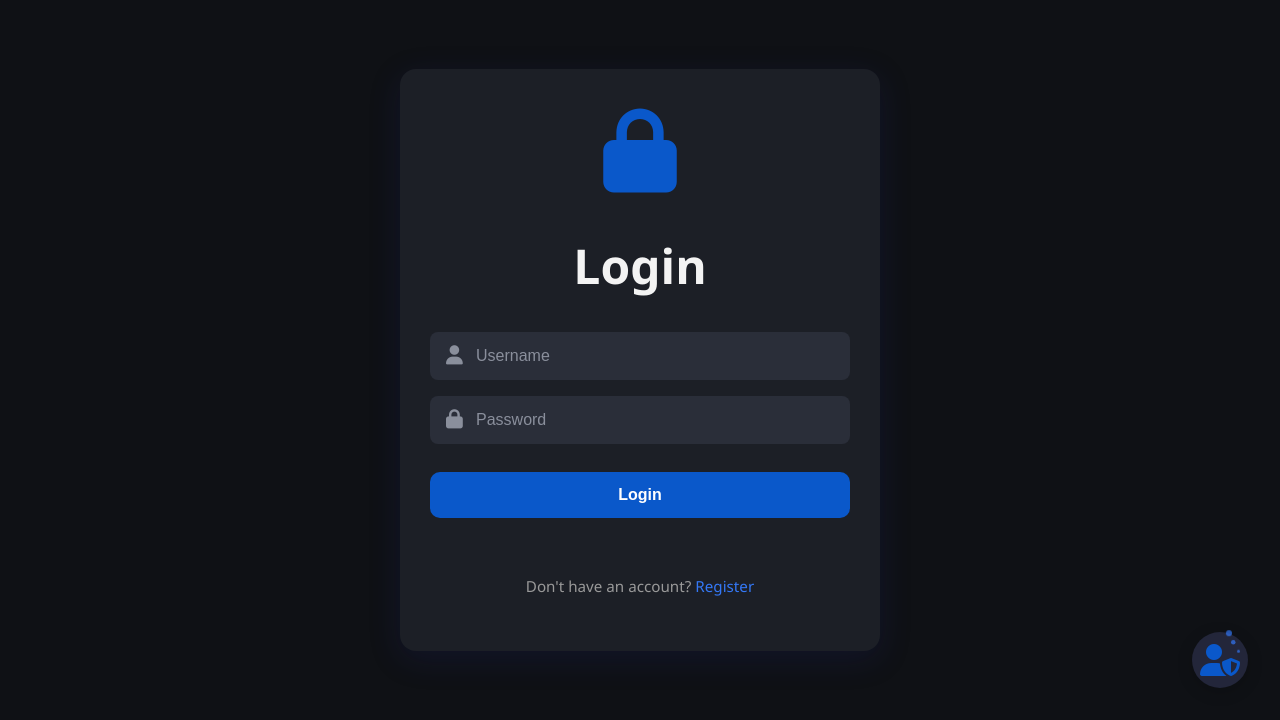
Repository: lowluds/auth-flask
Page: http://localhost/login
The author's editor kept a copy of each file at every save. The page is drawn from the files as they stood at one save, then again after the next save.
The browser window is 1280 px wide. The pictures show the whole page.
The page is served by the project's application, run on Flask 3 (login.py).

Above is the page before, as saved 2025-07-11 00:17:53.

### templates/login.html
<!DOCTYPE html>
<html lang="en">
<head>
    <meta charset="UTF-8">
    <meta name="viewport" content="width=device-width, initial-scale=1.0">
    <title>Login</title>
    <link rel="stylesheet" href="{{ url_for('static', filename='register.css') }}">
    <link rel="stylesheet" href="{{ url_for('static', filename='error.css') }}">
    <link rel="stylesheet" href="https://cdnjs.cloudflare.com/ajax/libs/font-awesome/6.5.0/css/all.min.css">
</head>

<body>
    <div class="login-container">
        <i class="fas fa-lock login-icon"></i>
        <h2>Login</h2>
        <form method="post" action="/login">

          <div class="input-group">
              <i class="fas fa-user"></i>
              <input type="text" name="username" placeholder="Username" required>
          </div>

          <div class="input-group">
              <i class="fas fa-lock"></i>
              <input type="password" name="password" placeholder="Password" required>
          </div>

            {% with messages = get_flashed_messages(with_categories=true) %}
              {% if messages %}
                {% for category, message in messages %}
                  {% if category == 'error' %}
                  <div class="input-error">{{ message }}</div>
                  {% endif %}
                {% endfor %}
              {% endif %}
            {% endwith %}

            <button type="submit">Login</button>
            <br>
            {% if show_forgot %}
            <a href="{{ url_for('forgot_password') }}" class="forgot-link">Forgot password?</a>
            {% endif %}

        </form>
        <p>Don't have an account? <a href="/register">Register</a></p>
    </div>

      <!-- Admin Info Sticky Button -->
      <div class="admin-info-fab" id="adminInfoFab" title="Admin login">
          <i class="fas fa-user-shield"></i>
          <span class="bubble bubble1"></span>
          <span class="bubble bubble2"></span>
          <span class="bubble bubble3"></span>
      </div>
      <div class="admin-info-tooltip" id="adminInfoTooltip">
          <strong>Test Admin Login</strong>
          <ul>
              <li>Username: <code>admin</code></li>
              <li>Password: <code>123</code></li>
          </ul>
      </div>

<script>
document.getElementById('adminInfoFab').onclick = function() {
    document.getElementById('adminInfoTooltip').classList.toggle('active');
};
document.addEventListener('click', function(e) {
    const fab = document.getElementById('adminInfoFab');
    const tooltip = document.getElementById('adminInfoTooltip');
    if (!fab.contains(e.target) && !tooltip.contains(e.target)) {
        tooltip.classList.remove('active');
    }
});
</script>

</body>
</html>

### login.py
from flask import Flask, render_template, request, redirect, url_for, session, flash
from werkzeug.security import check_password_hash
from werkzeug.security import generate_password_hash
import json

app = Flask (__name__)
app.secret_key = '123abc456'  # Change this to a secure random value

@app.route('/')
def home():
    return redirect(url_for('login'))

# Login
@app.route('/login', methods=['GET', 'POST'])
def login():
    if request.method == 'POST':
        # Get form input
        username = request.form['username']
        password = request.form['password']

        # Load users from JSON
        with open('users/userDB.json', 'r') as file:
            data = json.load(file)

        # Look for user
        for user in data['users']:
            if user['username'] == username:
                # Check hashed password
                if check_password_hash(user['password'], password):
                    session['username'] = username
                    session['group'] = user['group']
                    session.pop('show_forgot', None)

                    # Redirect based on group
                    if user['group'] == 'admin':
                        return redirect(url_for('admin'))
                    else:
                        return redirect(url_for('dashboard'))

                flash("Incorrect password", "error")
                session['show_forgot'] = True
                return redirect(url_for('login'))

        flash("Username or password not found", "error")
        session.pop('show_forgot', None)
        return redirect(url_for('login'))

    show_forgot = session.pop('show_forgot', False)
    return render_template('login.html', show_forgot=show_forgot)

# Register
@app.route('/register', methods=['GET', "POST"])
def register():
    if request.method == 'POST':
        username = request.form['username']
        password = request.form['password']
        group = "user"

        # Load existing users
        with open('users/userDB.json', 'r') as file:
            data = json.load(file)

        # Check for duplicate username
        for user in data['users']:
            if user['username'] == username:
                flash("Username already exists. Please choose another.", "error")
                return redirect(url_for('register'))

        # Hash the password
        hashed_password = generate_password_hash(password)

        # Add new user to userDB.json
        data['users'].append({
            'username': username,
            'password': hashed_password,
            'group'   : group
        })

        # Save the updated user to userDB.json
        with open('users/userDB.json', "w") as file:
            json.dump(data, file, indent=4)

        flash("You are registered! Please log in.", "success")
        return redirect(url_for('login'))

    # Only runs for GET requests
    return render_template('register.html')

# Forgot Password
@app.route('/forgot')
def forgot_password():
    return render_template('forgot.html')

# Dashboard
@app.route('/dashboard')
def dashboard():
    # Check if user is logged in
    if 'username' in session:
        return render_template('dashboard.html')
    else:
        return redirect(url_for('login'))
# Admin dashboard
@app.route('/admin')
def admin():
    if 'username' in session:
        if session.get('group') == 'admin':
            return render_template('admin.html')
        else:
            return "You are logged in, but not authorized to view this page"
    else:
        return redirect(url_for('login'))

# Logout
@app.route('/logout')
def logout():
    session.pop('username', None)
    return redirect(url_for('login'))

if __name__ == '__main__':
    app.run(debug=True)

### static/register.css
/* Global dark theme */
body {
    background: #0f1115;
    font-family: 'Segoe UI', Tahoma, Geneva, Verdana, sans-serif;
    margin: 0;
    padding: 0;
    color: #f3f3f3;
    min-height: 100vh;
    display: flex;
    justify-content: center;
    align-items: center;
}

/* Shared container styles */
.login-container,
.register-container,
.dashboard-container,
.admin-dashboard-container {
    background: #1c1f26;
    max-width: 420px;
    width: 100%;
    padding: 40px 30px;
    margin: 60px auto;
    border-radius: 16px;
    box-shadow: 0 8px 32px rgba(31, 38, 135, 0.18);
    display: flex;
    flex-direction: column;
    align-items: center;
}

.input-group {
    position: relative;
    width: 100%;
    margin-bottom: 16px;
}

.input-group i {
    position: absolute;
    top: 50%;
    left: 16px;
    transform: translateY(-50%);
    color: #8a8f9c;
    font-size: 1.2rem;
    pointer-events: none;
}

.input-group input {
    padding: 14px 16px 14px 46px;
    height: 48px;
    border: none;
    border-radius: 8px;
    background-color: #2a2e39;
    color: #f3f3f3;
    font-size: 1rem;
    width: 100%;
    box-sizing: border-box;
    margin-bottom: 0;
}

.input-group input:focus {
    box-shadow: 0 0 0 2px rgba(52, 120, 246, 0.4);
}

/* Headings */
.login-container h2,
.register-container h2,
.dashboard-container h2,
.admin-dashboard-container h2 {
    color: #f3f3f3;
    margin-bottom: 34px;
    font-weight: 600;
    font-size: 3rem;
    text-align: center;
}

/* Forms */
form {
    width: 100%;
    display: flex;
    flex-direction: column;
    margin-bottom: 20px;
}

/* Labels */
label {
    margin-bottom: 6px;
    color: #ccc;
    font-size: 0.95rem;
}

/* Inputs */
input,
select {
    padding: 14px;
    margin-bottom: 16px;
    border: none;
    border-radius: 10px;
    background-color: #2a2e39;
    color: #f3f3f3;
    font-size: 1rem;
    transition: all 0.2s ease-in-out;
}

input::placeholder {
    color: #8a8f9c;
}

input:focus,
select:focus {
    outline: none;
    background-color: #2f3541;
    border: 1.5px solid #3478f6;
}

/* Buttons */
button {
    background-color: #0a58ca;
    color: #fff;
    border: none;
    border-radius: 10px;
    padding: 14px;
    font-size: 1rem;
    font-weight: 600;
    cursor: pointer;
    transition: background-color 0.3s ease;
    margin-top: 12px;
}

button:hover {
    background-color: #0846a1;
}

/* Links */
a {
    color: #3478f6;
    text-decoration: none;
    font-weight: 500;
    font-size: 0.95rem;
}

a:hover {
    color: #5a9afc;
    text-decoration: underline;
}

.login-container .login-icon {
    font-size: 84px;
    color: #0a58ca;
    margin-bottom: 0px;
}

.register-container .register-icon {
    font-size: 84px;
    color: #0a58ca;
    margin-bottom: 0px;
}

.dashboard-container .dashboard-icon {
    font-size: 84px;
    color: #0a58ca;
    margin-bottom: 0px;
}

.dashboard-container .admin-icon {
    font-size: 84px;
    color: #0a58ca;
    margin-bottom: 0px;
}

.login-container .forgot-container {
    padding-top: 100px; /* or any value you want */
}

/* Paragraphs */
p {
    margin-top: 16px;
    color: #999;
    font-size: 0.95rem;
}

/* Forgot Password */
.forgot-link {
    text-align: center;
    margin-bottom: 10px;
}

/* Flash error styling */
.input-error {
    color: #ff4d4d;
    font-weight: bold;
    margin-bottom: 12px;
    text-align: center;
}

/* Responsive */
@media (max-width: 600px) {
    .login-container,
    .register-container,
    .dashboard-container,
    .admin-dashboard-container {
        width: 90%;
        padding: 24px;
    }
}

.admin-info-fab {
    position: fixed;
    bottom: 32px;
    right: 32px;
    width: 56px;
    height: 56px;
    background: #23263a;
    color: #0a58ca;
    border-radius: 50%;
    box-shadow: 0 4px 16px rgba(0,0,0,0.18);
    display: flex;
    align-items: center;
    justify-content: center;
    font-size: 2rem;
    cursor: pointer;
    z-index: 10001;
    transition: background 0.2s, color 0.2s;
}
.admin-info-fab:hover {
    background: #0a58ca;
    color: #fff;
}

.admin-info-tooltip {
    position: fixed;
    bottom: 100px;
    right: 32px;
    background: #23263a;
    color: #fff;
    padding: 18px 22px;
    border-radius: 12px;
    box-shadow: 0 4px 24px rgba(0,0,0,0.22);
    z-index: 10000;
    font-size: 1rem;
    opacity: 0;
    pointer-events: none;
    transform: translateY(20px);
    transition: opacity 0.2s, transform 0.2s;
}
.admin-info-tooltip.active {
    opacity: 0.97;
    pointer-events: auto;
    transform: translateY(0);
}
.admin-info-tooltip code {
    background: transparent;
    color: #5ad;
    padding: 2px 6px;
    border-radius: 4px;
    font-size: 0.98em;
}
.admin-info-tooltip ul {
    margin: 8px 0 0 0;
    padding-left: 18px;
}

.admin-info-fab {
    position: fixed;
    bottom: 32px;
    right: 32px;
    width: 56px;
    height: 56px;
    background: #23263a;
    color: #0a58ca;
    border-radius: 50%;
    box-shadow: 0 4px 16px rgba(0,0,0,0.18);
    display: flex;
    align-items: center;
    justify-content: center;
    font-size: 2rem;
    cursor: pointer;
    z-index: 10001;
    transition: background 0.2s, color 0.2s;
    overflow: visible; /* allow bubbles to show outside */
    position: fixed;
}

.bubble {
    position: absolute;
    background: #3478f6;
    opacity: 0.85;
    border-radius: 50%;
    pointer-events: none;
    animation: bubbleUp 1.8s infinite;
}

.bubble1 {
    width: 8px; height: 8px;
    left: 60%; top: 10px;
    transform: translateX(-50%);
    animation-delay: 0s;
}
.bubble2 {
    width: 6px; height: 6px;
    left: 70%; top: 20px;
    transform: translateX(-50%);
    animation-delay: 0.3s;
}
.bubble3 {
    width: 4px; height: 4px;
    left: 80%; top: 30px;
    transform: translateX(-50%);
    animation-delay: 0.6s;
}

@keyframes bubbleThink {
    0%   { opacity: 0; transform: translateX(-50%) scale(0.7) translateY(0);}
    20%  { opacity: 0.7; }
    50%  { opacity: 1; transform: translateX(-30%) scale(1.1) translateY(-10px);}
    80%  { opacity: 0.7; }
    100% { opacity: 0; transform: translateX(-10%) scale(0.7) translateY(-18px);}
}
.bubble {
    animation: bubbleThink 1.8s infinite;
}

### static/error.css
/* Modern error style for login and form input errors */
.input-error {
    background: none;
    color: #ff0000;
    padding: 0;
    border-radius: 0;
    margin: 14px 0 18px 0;
    font-weight: 600;
    text-align: center;
    box-shadow: none;
    letter-spacing: 0.7px;
    font-size: 1.08rem;
    border: none;
    text-shadow: none;
    max-width: 400px;
    width: 90%;
    margin-left: auto;
    margin-right: auto;
}
@keyframes fadeOut {
  0% { opacity: 0.98; transform: translateY(0); }
  80% { opacity: 0.98; }
  100% { opacity: 0; transform: translateY(-20px); pointer-events: none; }
}

After the next save:
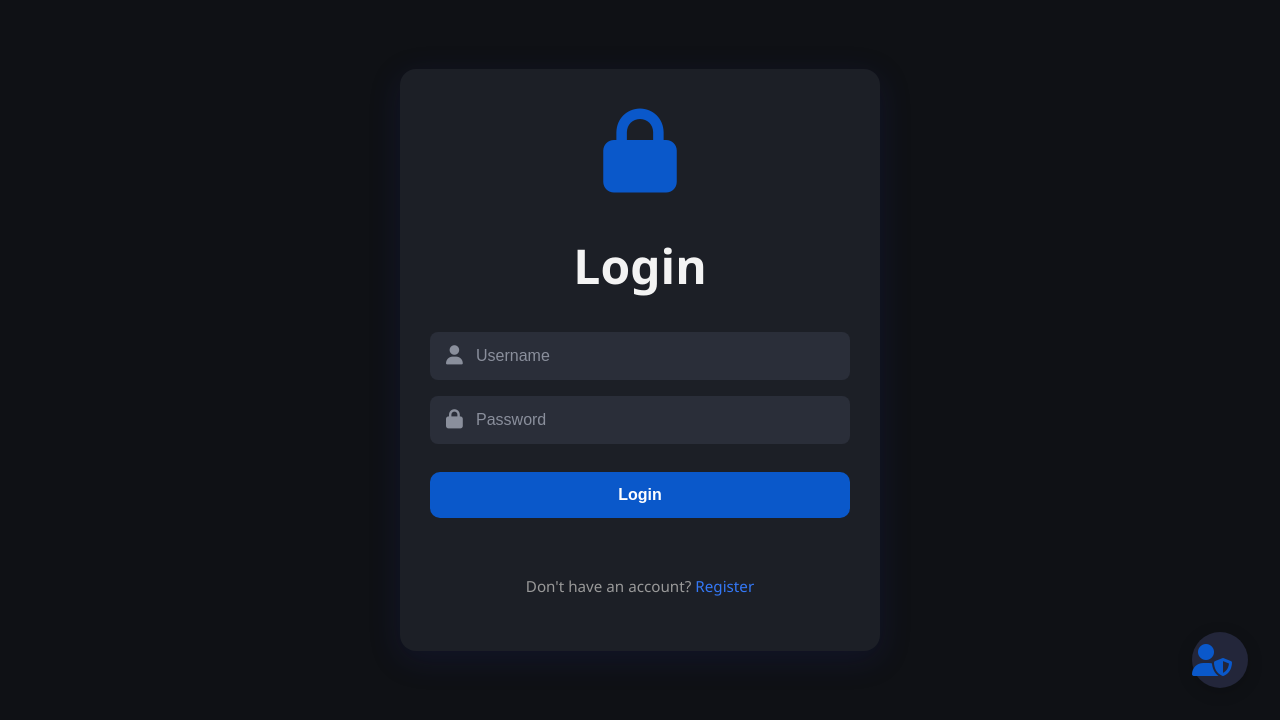
Saved 10 s later.
--- a/static/register.css
+++ b/static/register.css
@@ -280,14 +280,6 @@
     position: fixed;
 }
 
-.bubble {
-    position: absolute;
-    background: #3478f6;
-    opacity: 0.85;
-    border-radius: 50%;
-    pointer-events: none;
-    animation: bubbleUp 1.8s infinite;
-}
 
 .bubble1 {
     width: 8px; height: 8px;

After the save that followed:
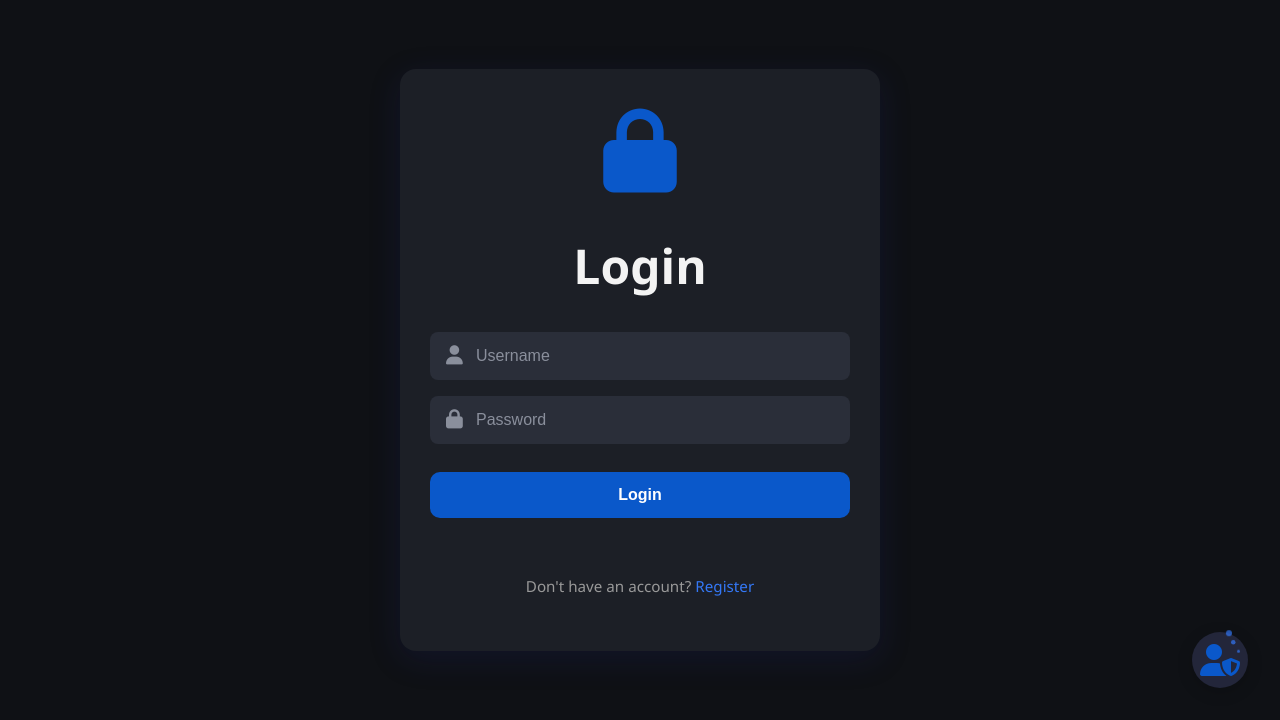
Saved 5 s later.
--- a/static/register.css
+++ b/static/register.css
@@ -280,6 +280,14 @@
     position: fixed;
 }
 
+.bubble {
+    position: absolute;
+    background: #3478f6;
+    opacity: 0.85;
+    border-radius: 50%;
+    pointer-events: none;
+    animation: bubbleUp 1.8s infinite;
+}
 
 .bubble1 {
     width: 8px; height: 8px;
